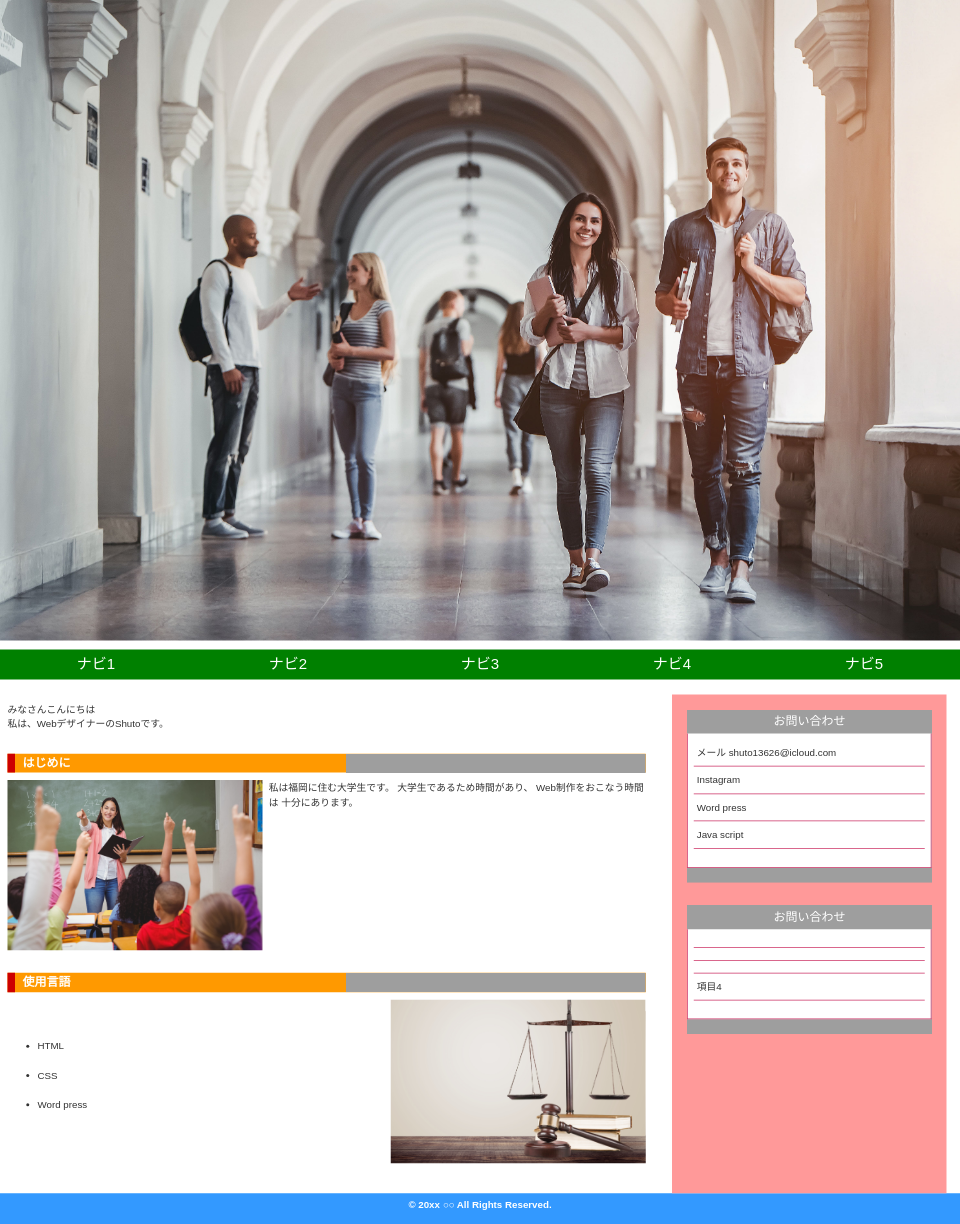
Repository: shuto-nakayama/samurai_HTML-CSS
Page: index7.html
The author's editor kept a record of every edit. The page is drawn from the files as they stood at one moment, then again after the next edit.
The browser window is 1280 px wide. The pictures show the whole page, at 75% of full size.
Pictures or frames that could not be fetched are drawn as grey boxes.

Above is the page before.

### index7.html
<!DOCTYPE html>
<html lang="ja">
    <head>
        <meta charset="UTF-8">
        <title>shutoホームページ</title>
        <link rel="stylesheet" href="stylesheet7.css">
    </head>
    <body>
        <div id="header">
            <h1><a href="index.html"><img id="corridor" src="images/corridor.jpg" alt="大学の廊下" /></a></h1>
        </div>
        <div id="wrapper">
            <div id="nav">
                <ul>
                    <li><a href="home.html">ナビ1</a></li>
                    <li><a href="#">ナビ2</a></li>
                    <li><a href="#">ナビ3</a></li>
                    <li><a href="#">ナビ4</a></li>
                    <li><a href="#">ナビ5</a></li>
                </ul>
            </div>
            <div id="container">
                <div id="main">
                    <div class="post">
                        <p>みなさんこんにちは<br />私は、WebデザイナーのShutoです。</p>
                    </div>
                    <div class="post clearfix">
                        <h2>はじめに</h2>
                        <img class="left" src="images/classroom.jpg" alt="授業風景" />
                        <p>
                           私は福岡に住む大学生です。
                           大学生であるため時間があり、
                           Web制作をおこなう時間は
                           十分にあります。
                        </p>

                    </div>
                    <div class="post clearfix">
                        <h2>使用言語</h2>
                        <img class="right" src="images/scale.jpg" alt="天秤" />
                        <p>
                        　<ul>
                        　   <li>HTML</li>
                        　   <li>CSS</li>
                        　  <li>Word press</li>
                        　</ul>
                        </p>
                    </div>
                </div>
                <div id="side">
                    <div class="box">
                        <h2>お問い合わせ</h2>
                        <div class="boxBody">
                            <ul>
                                <li>メール shuto13626@icloud.com</li>
                                <li>Instagram </li>
                                <li>Word press</li>
                                <li>Java script</li>
                            </ul>
                        </div>
                    </div>
                    <div class="box">
                        <h2>お問い合わせ</h2>
                        <div class="boxBody">
                            <ul>
                                <li></li>
                                <li></li>
                                <li></li>
                                <li>項目4</li>
                            </ul>
                        </div>
                    </div>
                </div>
            </div>
        </div>
        <div id="footer">
            <p>&copy; 20xx ○○ All Rights Reserved.</p>
        </div>
    </body>
</html>

### stylesheet7.css
@charset "utf-8";

body {
	margin: 0;
	padding: 0;
	font-family: "ヒラギノ角ゴ Pro W3", "Hiragino Kaku Gothic Pro", "メイリオ", Meiryo, Osaka, "ＭＳ Ｐゴシック", "MS PGothic", sans-serif;
	color: #333;
	font-size: 13px;
	line-height: 150%;
}

/* -------------------- wrapper -------------------- */
#wrapper {
	width: 100%;
	margin: auto;
	padding: 0px;
	border: 0px;
	background-color: #FFF;
	top: 10px;
	position: relative;
}

/* -------------------- header -------------------- */
#header {
	width: 100%;
}
#header h1 {
	margin: 0;
	padding: 0;
}

#corridor {
	width: 100%;
	height: auto;
}

/* -------------------- footer -------------------- */
#footer {
	clear: both;
	width: 100%;
	padding: 3px 0 3px 0;
	background: #39F;
	color: #FFF;
	font-weight: bold;
	text-align: center;
}

/* -------------------- nav -------------------- */
#nav {
	width: 100%;
}
#nav ul {
	display: flex;
	margin: 0;
	padding: 0;
	list-style-type: none;
}
#nav ul li {
	width: 20%;
	text-align: center;
}
#nav ul li a {
	display: block;
	height: 20px;
	margin: 0;
	padding: 10px;
	color: #FFF;
	font-size: 20px;
	text-decoration: none;
	background-color: green;
}

#nav ul li a:hover {
	filter: drop-shadow(10px 10px 10px black);
}

/* -------------------- container -------------------- */
#container {
	width: 100%;
	margin: auto ;
	padding: auto;
	padding-top: 20px;
	clear: both;
	display: grid;
	grid-template-columns: 70vw 30vw;
}
/* -------------------- main -------------------- */
#main {
	width: 95%;
	padding: 10px 30px 10px 10px;
}
#main h2 {
	margin: 0 0 10px 0;
	padding: 3px 10px 3px 10px;
	color: #FFF;
	font-size: 16px;
	border-left: solid 10px #C00;
	background: #F90 url(../images/main_h2.jpg) right top repeat-y;
}
#main p {
	margin: 0;
	padding: 0;
}
#main .post {
	margin: 0 0 30px 0;
}

#main .post img.right {
	margin: 0 0 0 8px;
}
#main .post img.left {
	margin: 0 8px 0 0;
}

.right {
	float: right;
	width: 40%;
	height: auto;
}
.left {
	float: left;
	width: 40%;
	height: auto;
}

/* -------------------- clearfix -------------------- */
.clearfix {
	zoom: 1;
}
.clearfix:after{
	content: "";
	display: block;
	clear: both;
}

/* -------------------- side -------------------- */
#side {
	width: 85%;
	padding: 20px;
	background-color: #F99;
}
#side .box {
	margin: 0 auto 30px auto;
	padding: 0 0 20px 0;
	background: url(images/side_box.png) bottom no-repeat;
}
#side .box h2 {
	margin: 0;
	padding: 8px;
	text-align: center;
	color: #fff;
	font-size: 16px;
	line-height: 16px;
	font-weight: normal;
	background: url(images/side_box_h2.png) center no-repeat;
}
#side .box .boxBody {
	padding: 8px;
	border-right: solid 1px #C36;
	border-bottom: solid 1px #C36;
	border-left: solid 1px #C36;
	background: #fff;
}
#side .box .boxBody ul {
	margin: 0 0 16px 0;
	padding: 0;
}
#side .box .boxBody ul li {
	padding: 8px 0 8px 4px;
	list-style: none;
	border-bottom: solid 1px #C36;
}

#side .box .boxBody ul li:hover {
	padding: 8px 0 8px 4px;
	list-style: none;
	border-bottom: solid 1px #C36;
	box-shadow: 0px 4px 4px rgba(0, 0, 0, 0.3);
}

After the next edit:
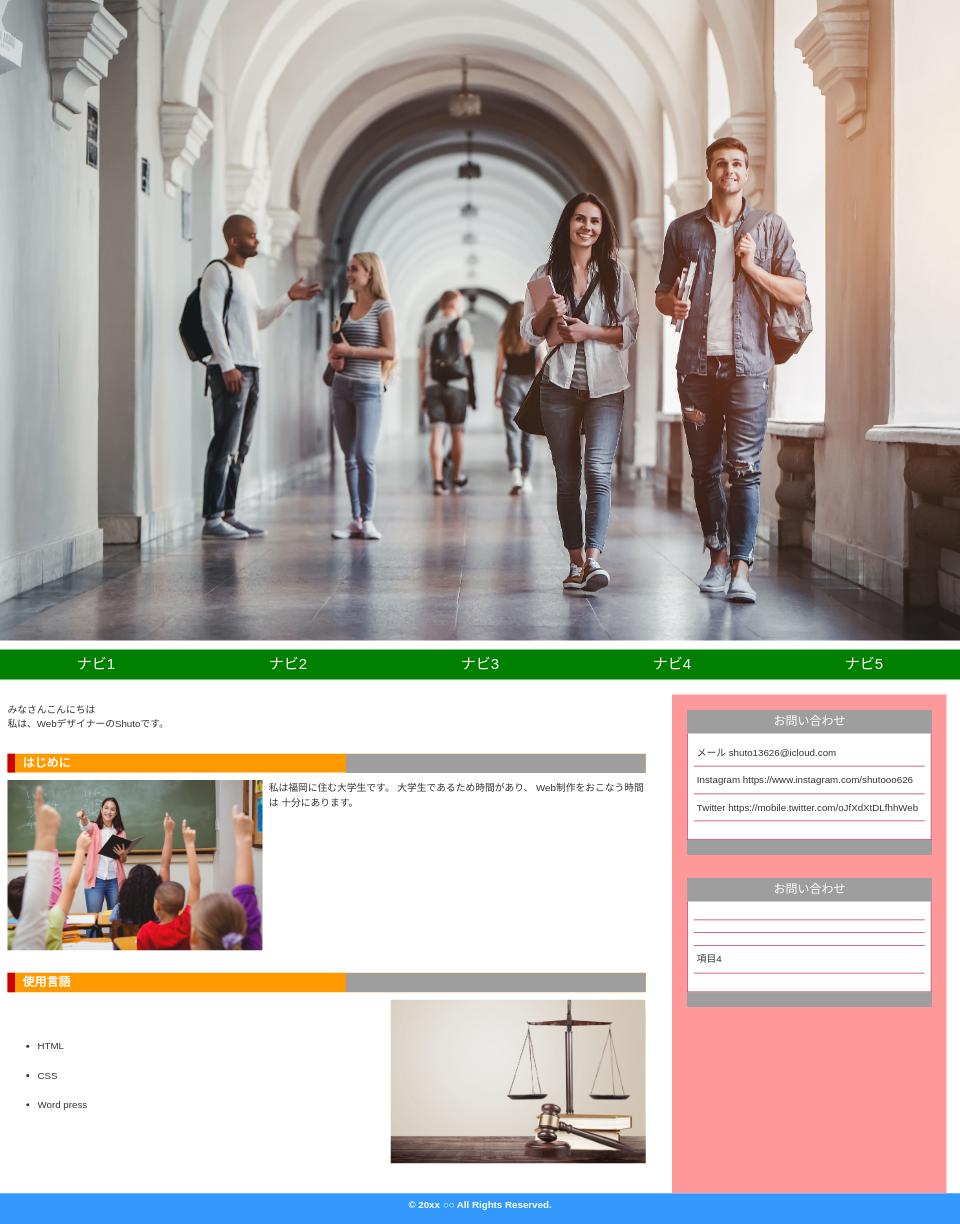
The edit:
--- a/index7.html
+++ b/index7.html
@@ -53,9 +53,10 @@
                         <div class="boxBody">
                             <ul>
                                 <li>メール shuto13626@icloud.com</li>
-                                <li>Instagram </li>
-                                <li>Word press</li>
-                                <li>Java script</li>
+                                <li>Instagram https://www.instagram.com/shutooo626 </li>
+                                <li>Twitter https://mobile.twitter.com/oJfXdXtDLfhhWeb
+</li>
+
                             </ul>
                         </div>
                     </div>
